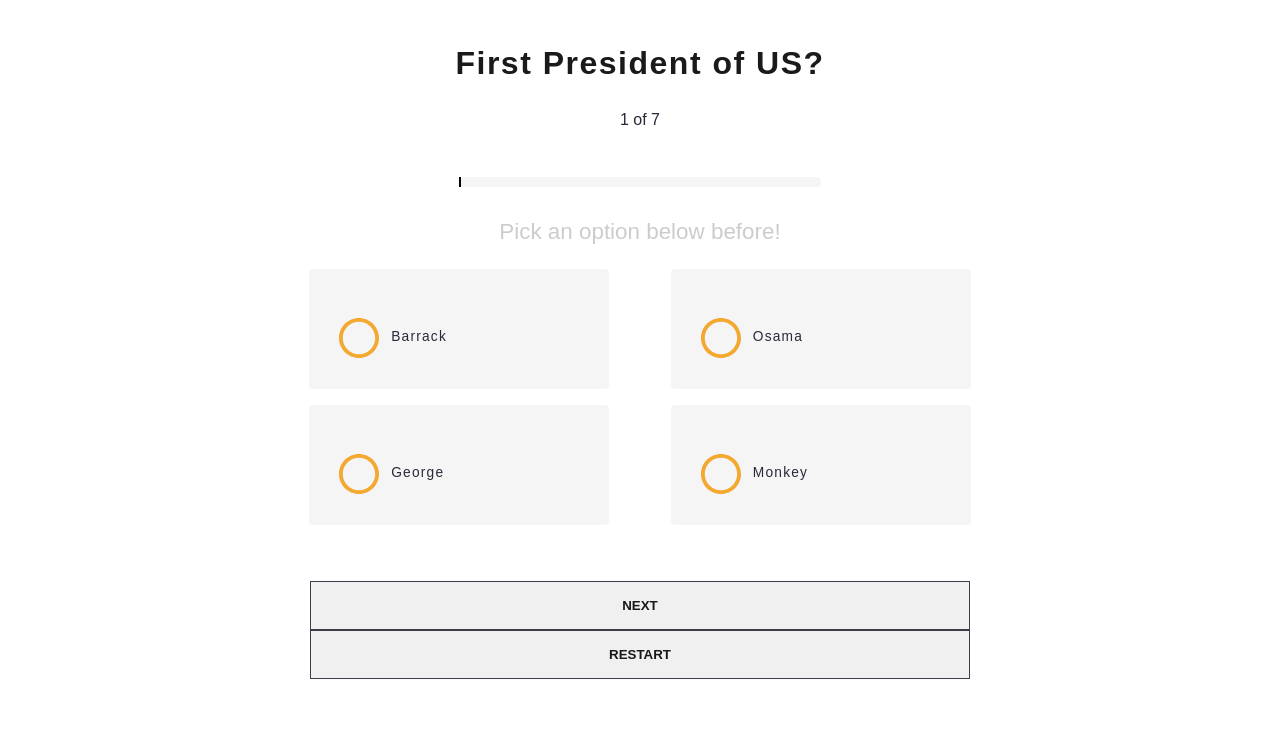
Repository: mukiSabljakovic/Quiz-APP
Page: index.html
These files come from the project's save history. The page is drawn as it stood at one moment and after the next save; the edit follows.
The browser window is 1280 px wide. The pictures show the whole page.
Some web fonts or font styles are not loaded; a fallback is used.

Above is the page before, as saved 2020-05-04 16:41:11.

After the next save:
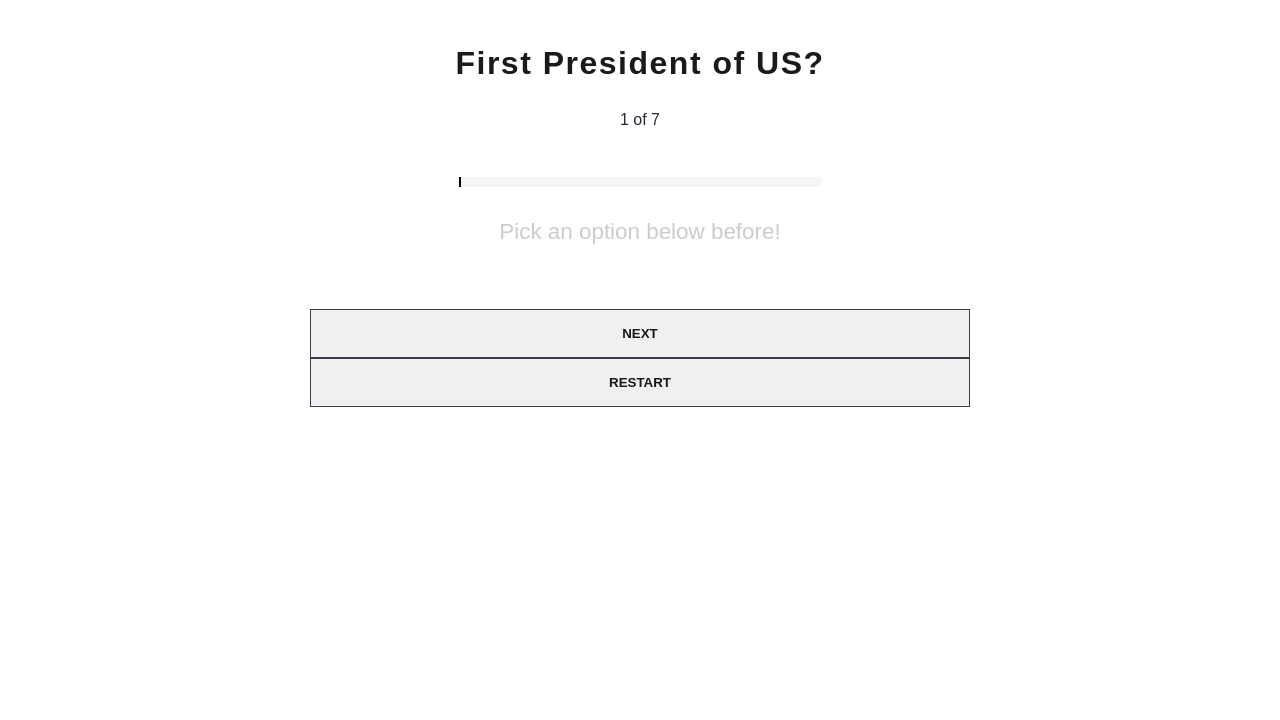
Saved 16 s later.
--- a/js/app.js
+++ b/js/app.js
@@ -72,7 +72,7 @@ const renderChoicesElements = _ => {
     });
     setValue(choicesEl, markup);
 }
-renderChoicesElements();
+
 
 const renderAll = _ => {
 
@@ -82,6 +82,7 @@ const renderAll = _ => {
         // 1. render the question
         renderQuestion();
         // 2. render the choices elements
+        renderChoicesElements();
         // 3. render Tracker
         // 4. render Progress
     }
